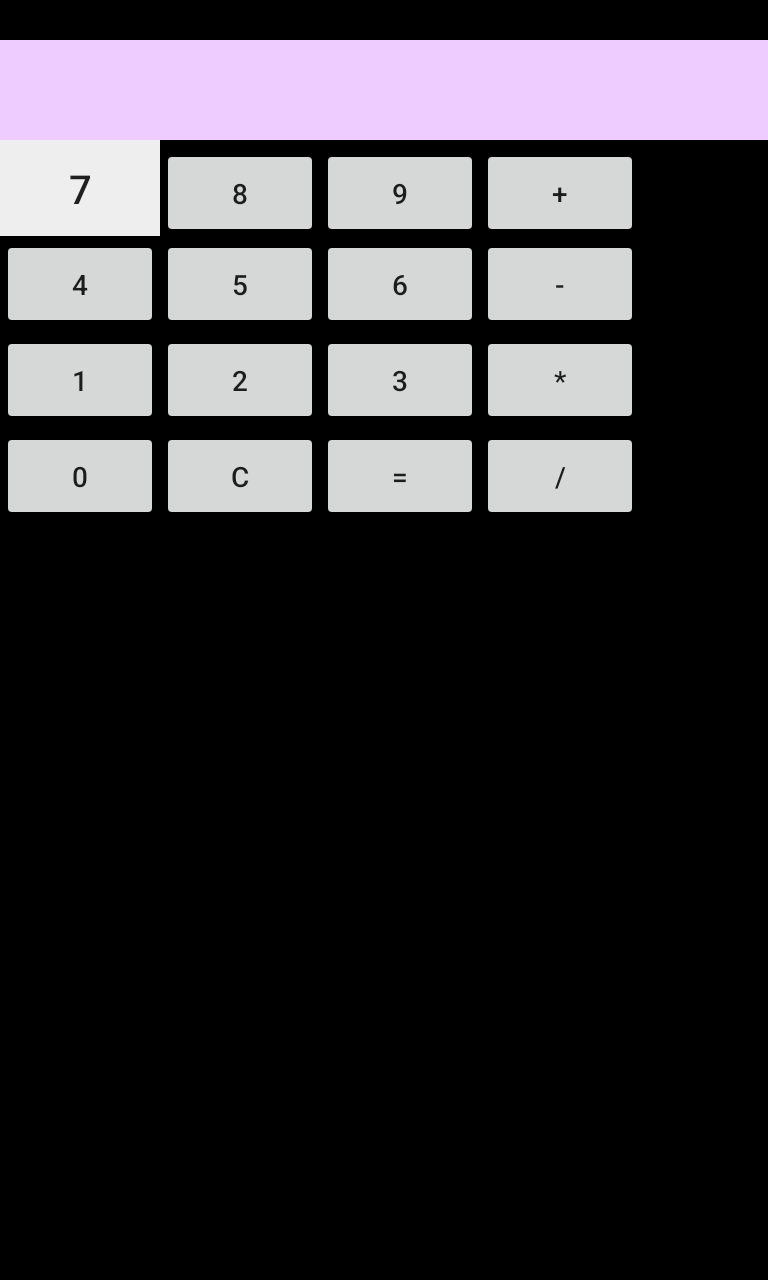
Repository: A207/guanjingjing
Layout: project/calculator_gjj/res/layout/activity_main.xml
These files come from the project's save history. The layout is drawn as it stood at one moment and after the next save; the edit follows.
It is drawn on a 768 x 1280 px phone screen (xhdpi) without system bars, with theme AppTheme; the app's code is not run.

Above is the layout before, as saved 2015-07-16 01:54:14.

After the next save:
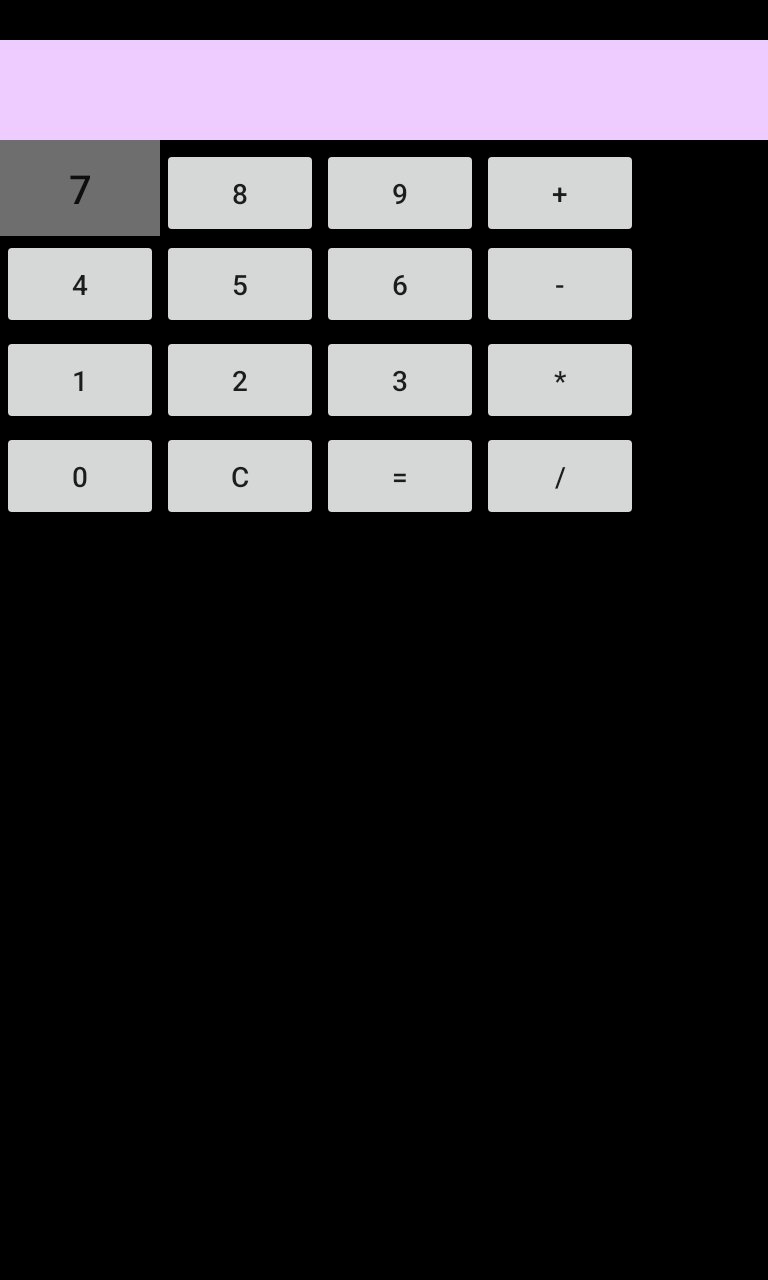
Saved 76 s later.
--- a/project/calculator_gjj/res/layout/activity_main.xml
+++ b/project/calculator_gjj/res/layout/activity_main.xml
@@ -29,7 +29,7 @@
             android:id="@+id/btn_calc_07"
             android:layout_width="80dip"
             android:layout_height="wrap_content"
-            android:background="#eee"
+            android:background="#6e6e6e"
             android:textSize="20sp"
             android:text="7" />
 
